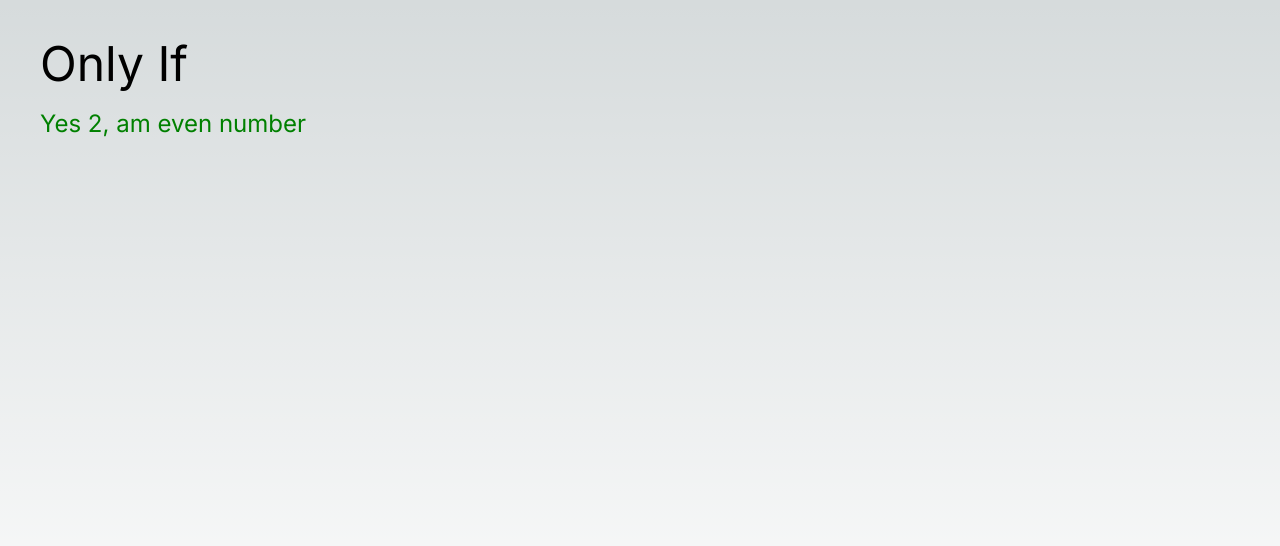
Repository: chapeee/learnNextBella
Page: / (app in basicconcepts/)
An editor plug-in stored every save of this project. The page is shown before and after the next save, followed by the edit.
The browser window is 1280 px wide. The pictures show the whole page.
The project was rebuilt for these pictures with package versions that can differ from the ones it lists, and the page was loaded fresh each time. The framework's server and built-in components were replaced by stand-ins that run in the browser. Also part of the build but not shown: basicconcepts/next.config.mjs.

Above is the page before, as saved 2024-03-22 21:01:19.

After the next save:
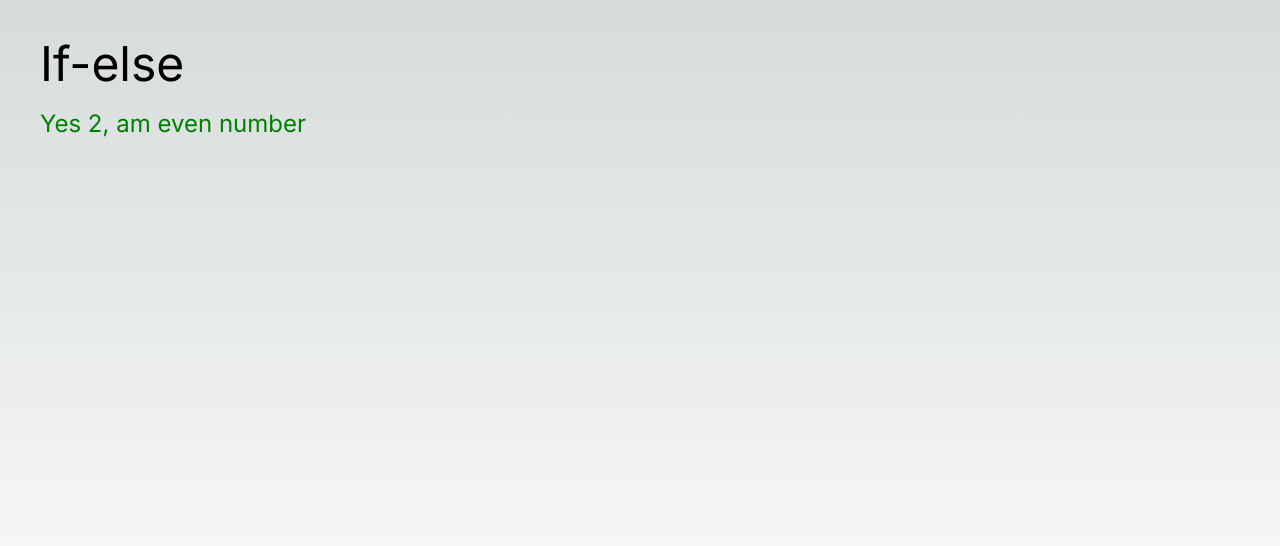
Saved 21 s later.
--- a/basicconcepts/src/app/Components/ConditionRendering.tsx
+++ b/basicconcepts/src/app/Components/ConditionRendering.tsx
@@ -19,7 +19,8 @@ export default function ConditionRendering() {
 
     return (
         <div className='container m-auto'>
-            <h1 className="text-5xl">Only If</h1>
+
+            <h1 className="text-5xl">If-else</h1>
             <div className="mt-5">
                 {
                     //checking condition (if)
@@ -33,6 +34,8 @@ export default function ConditionRendering() {
 
                 }
             </div>
+
+
         </div>
     )
 }
